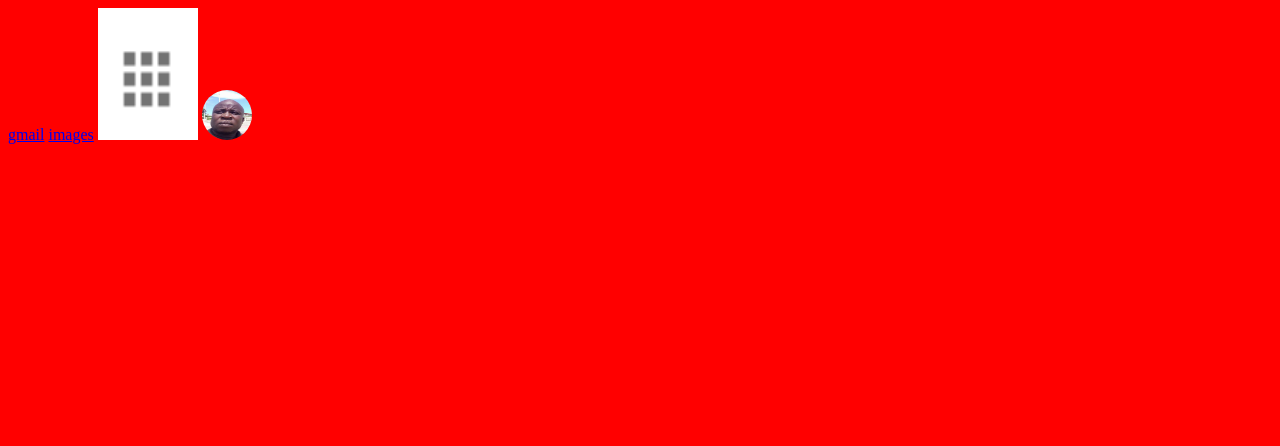
Repository: wkweyu/google_homepage
Page: index.html
The author's editor kept a copy of each file at every save. The page is drawn from the files as they stood at one save, then again after the next save.
The browser window is 1280 px wide. The pictures show the whole page.

Above is the page before, as saved 2020-05-21 17:24:51.

### index.html
<!DOCTYPE html>
<html>

<head>
    <title>Google Homepage</title>
    <link rel="stylesheet" href="styles.css">
</head>

<body>
    <header id="header">
        <nav id="menubar">
            <a href="#">gmail</a>
            <a href="#">images</a>
            <a id="header-sel" href="#"><img src="images/gimages.png" alt="#" width="100" height="132"></a>
            <a href="#"><img src="images/victor-small.png" id="header-img" alt="#"></a>
        </nav>


        </div>
    </header>


</body>

</html>

### styles.css
img#header-img {
    border-radius: 205px;
    background: #cdd0d1;
    /*box-shadow: 28px 28px 100px #757777, -28px -28px 100px #ffffff;*/
    height: 50px;
    width: 50px;
}

body {
    background-color: red;
}

After the next save:
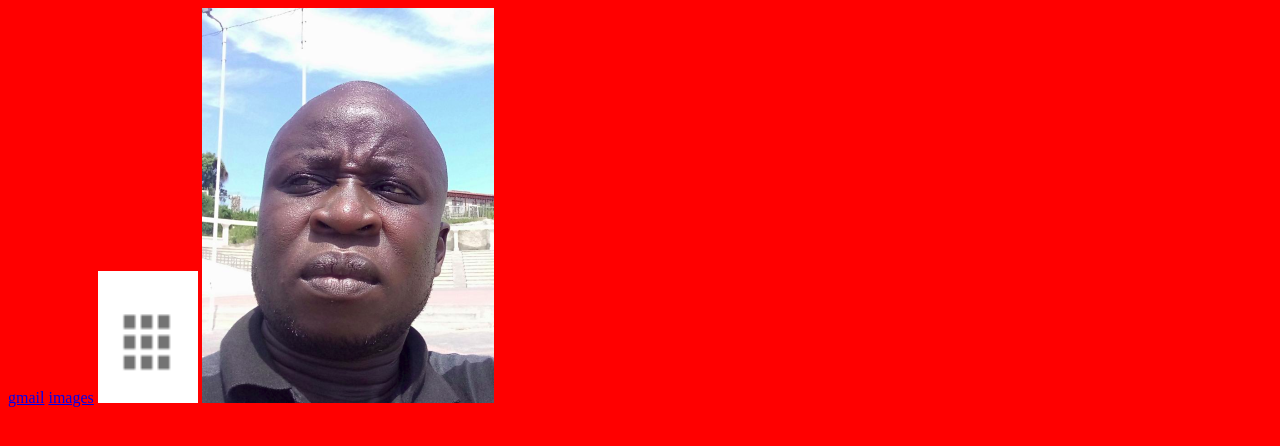
Saved 83 s later.
--- a/index.html
+++ b/index.html
@@ -11,8 +11,8 @@
         <nav id="menubar">
             <a href="#">gmail</a>
             <a href="#">images</a>
-            <a id="header-sel" href="#"><img src="images/gimages.png" alt="#" width="100" height="132"></a>
-            <a href="#"><img src="images/victor-small.png" id="header-img" alt="#"></a>
+            <a id="header-sel" href="#"><img src="images/gimages.png" class="header-img" alt="#" width="100" height="132"></a>
+            <a href="#"><img src="images/victor-small.png" class="header-img" alt="#"></a>
         </nav>
 
 
